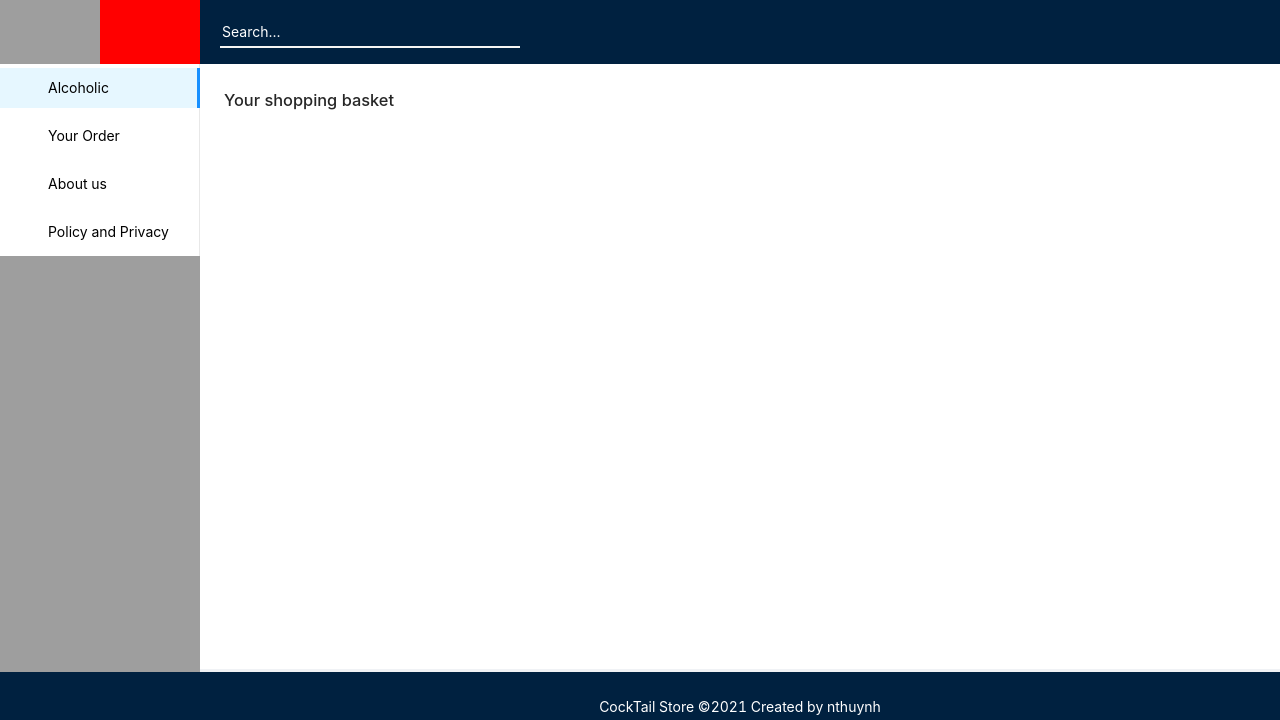
Repository: huynhnt1406/cocktail
Page: /yourorder
These files come from the project's save history. The page is drawn as it stood at one moment and after the next save; the edit follows.
The browser window is 1280 px wide. The pictures show the whole page.
Pictures or frames that could not be fetched are drawn as grey boxes. The project was rebuilt for these pictures with package versions that can differ from the ones it lists, and the page was loaded fresh each time. Also part of the build but not shown: src/components/CockTail.vue, src/components/DetailPage.vue, src/components/AboutUs.vue, src/components/PolicyandPrivacy.vue.

Above is the page before, as saved 2021-05-08 00:35:39.

### public/index.html
<!DOCTYPE html>
<html lang="">
  <head>
    <meta charset="utf-8">
    <meta http-equiv="X-UA-Compatible" content="IE=edge">
    <meta name="viewport" content="width=device-width,initial-scale=1.0">
    <link rel="icon" href="<%= BASE_URL %>favicon.ico">
    <title><%= htmlWebpackPlugin.options.title %></title>
    <link rel="preconnect" href="https://fonts.gstatic.com">
    <link href="https://fonts.googleapis.com/css2?family=Poppins:ital,wght@0,200;0,300;1,400&display=swap" rel="stylesheet">
    <link rel="stylesheet" href="https://cdnjs.cloudflare.com/ajax/libs/font-awesome/4.7.0/css/font-awesome.min.css">
  </head>
  <body>
    <noscript>
      <strong>We're sorry but <%= htmlWebpackPlugin.options.title %> doesn't work properly without JavaScript enabled. Please enable it to continue.</strong>
    </noscript>
    <div id="app"></div>
    <!-- built files will be auto injected -->
  </body>
</html>

### src/main.js
import Vue from 'vue'
import App from './App.vue'
import store from './store/index'
import router from './router/index'
import 'ant-design-vue/dist/antd.css';
import Antd from 'ant-design-vue';
Vue.config.productionTip = false
Vue.use(Antd);
new Vue({
  store,
  router,
  render: h => h(App),
}).$mount('#app')

### src/App.vue
<template>
  <a-layout id="components-layout-demo-side" theme="light"  style="min-height: 100vh">
    <a-layout-sider style="background-color:white" v-model="collapsed" collapsible :style="{  background: 'red'}" >
      <img style="height:64px ; width:50%" src="https://i.pinimg.com/originals/fd/3e/53/fd3e533305c578157dbaf393b76ac1ee.jpg" alt="">
      <a-menu theme="light" :default-selected-keys="['1']" mode="inline">
        <a-menu-item key="1">
          <a-icon type="menu" />
          <span><router-link class="link" to="/">Alcoholic</router-link></span>
        </a-menu-item>
        <a-menu-item key="2">
           <a-icon type="shopping-cart" />
          <span><router-link class="link"  to="/yourorder">Your Order</router-link></span>
        </a-menu-item>
           <a-menu-item key="3">
           <a-icon type="info-circle" />
          <span><router-link class="link"  to="/aboutus">About us</router-link></span>
        </a-menu-item>
           <a-menu-item key="4">
           <a-icon type="safety-certificate" />
          <span><router-link class="link"  to="/policyandprivacy">Policy and Privacy</router-link></span>
        </a-menu-item>
      </a-menu>
      <img style="height:62% ; width:100%" src="https://www.gobourbon.com/wp-content/uploads/2019/03/EFCCF7C6-0A6F-4658-83B6-877007B0A1AC-751x1024.jpeg" alt="">
    </a-layout-sider>
    <a-layout>
      <a-layout-header style="background: #fff; padding: 0" >
        <SearchBar/>
      </a-layout-header>
      <a-layout-content>
        <div class="cocktail-lists" :style="{ padding:'24px',  background: '#fff', minHeight: '360px' }">
          <router-view/>
        </div>
      </a-layout-content>
      <a-layout-footer class="footer" :style="{height: '5vh',color:'white' ,background: '#002140', textAlign:'center'}">
        CockTail Store ©2021 Created by nthuynh
      </a-layout-footer>
    </a-layout>
  </a-layout>
</template>
<script>
import SearchBar from './components/SearchBar'
export default {
  data() {
    return {
      collapsed: false,
    };
  },
  components:{
    SearchBar
  }
};
</script>

<style>
#components-layout-demo-side .logo {
  height: 32px;
  background: rgba(255, 255, 255, 0.2);
  margin: 16px;
}
#components-layout-demo-side{
  background-color: red;
}
.cocktail-lists{
  overflow-y: scroll;
  height:84vh;
}
.footer{
  background-color: #002140;
}
.link{
  color:black;
}
.link:focus{
  color:gray;
}
</style>

### src/store/index.js
import Vue from 'vue'
import Vuex from 'vuex'
import cocktail from './modules/cocktail'
Vue.use(Vuex)
export default new Vuex.Store({
    modules:{
        cocktail
    }
})

### src/router/index.js
import Vue from 'vue'
import VueRouter from 'vue-router'
import CockTail from '../components/CockTail'
import DetailPage from '../components/DetailPage'
import Order from '../components/Order'
import AboutUs  from '../components/AboutUs'
import PolicyandPrivacy from '../components/PolicyandPrivacy'
const routes = [
    {
        path:'/',
        name:'CockTail',
        component:CockTail
    },
    {
        path:'/detailpage/:id',
        name:'DetailPage',
        component:DetailPage,
        props:true
    },
    {
        path:'/yourorder',
        name:'Order',
        component:Order,
    },
    {
        path:'/aboutus',
        name:'AboutUs',
        component:AboutUs,
    },
    {
        path:'/policyandprivacy',
        name:'PolicyandPrivacy',
        component:PolicyandPrivacy,
    },
]
Vue.use(VueRouter)

export default new VueRouter({
    routes,
    mode:'history'
})

### src/components/SearchBar.vue
<template>
  <div class="searchbar">
    <div class="search-tool">
        <input type="text" placeholder="Search..." >
    </div>
  </div>
</template>

<script>
export default {
}
</script>

<style>
.searchbar{
    display: flex;
    justify-content: space-between;
    align-items: center;
    padding-left:10px;
    padding-right: 10px;
    background-color: #002140;
}
.search-tool input{
    height: 30px;
    width: 300px;
    background-color: transparent;
    border-left:none;
    border-right: none;
    border-top:none;
    border-bottom: 2px solid #f5f5f3;
    margin-left: 10px;
    outline: none;
    color:white;
}
::placeholder{
  color:white;
}
.search-tool input:focus{
    border-bottom: 2px solid green;
}
</style>

### src/store/modules/cocktail.js
import axios from 'axios'

const state = {
    cocktailLists: [],
    cart:[]
}
const getters = {
    allCocktails : state => state.cocktailLists,
    allItems : state => state.cart
}
const actions = {
    async fetchCocktail({commit}){
        const res = await axios.get(`https://www.thecocktaildb.com/api/json/v1/1/search.php?f=a`)
        commit('getCocktail', res.data.drinks)
        console.log(res.data.drinks)
    },
    addProductToCart({commit}, {product, quantity}){
        commit('ADD_TO_CART', {product,quantity})
    },
    deleteItem({commit}, index) {
        commit('removeItem', index)
    }
}

const mutations = {
    getCocktail : (state, cocktailLists) => state.cocktailLists = cocktailLists,
    ADD_TO_CART : (state, {product,quantity}) => {
        state.cart.push({
            product,
            quantity
        })
    },
    removeItem: (state, index) => state.cart.filter(item => item.index !== index)
}

export default {
    state,getters,actions,mutations
}

### src/components/Order.vue
<template>
  <div class="order-page">
    <div class="order-header">
      <h3>Your shopping basket</h3>
      <a-badge :count="cardItems.length">
        <a-icon type="shopping-cart" :style="{fontSize:'30px'}" />
      </a-badge>
    </div>
    <div v-for="(item, index) in cardItems" :key="index" class="order-header">
      <div class="item">
          <div class="item-img">
            <img :src="item.product[0].strDrinkThumb" :alt="item.product[0].idDrink">
              <div class="item-info">
                <h3>Type : {{item.product[0].strAlcoholic}}</h3>
                <h3>Drink : {{item.product[0].strDrink}}</h3>
                <h3>Glass : {{item.product[0].strGlass}}</h3>
              </div>
          </div>
          <div class="item-actions">
            <a-button @click="deleteITEM(index)" class="m-2"   type="danger" >
              Remove
            </a-button>
          </div>
      </div>
    </div>
  </div>
</template>

<script>
import { mapActions, mapGetters } from 'vuex'
export default {
  name:'Order',
  computed : mapGetters(["allItems"]),

  data(){
    return{
      cardItems:[]
    }
  },
  created(){
    this.cardItems = this.allItems
    console.log(this.cardItems)
  },
  methods:{
    ...mapActions(["deleleItem"]),
    deleteITEM(index){
      if(index){
        this.deleteItem(index);
        console.log('deleted')
      }
    },
  },
}
</script>

<style>
.item-img img{
  height: 100px;
  width:100px;
  margin:10px;
}
.item{
  display: flex;
  flex:1;
  justify-content: space-between;
  align-items: center;
}
.item-img{
  display: flex;
  justify-content: center;
  align-items: center;
}
.order-header{
  display: flex;
  justify-content: space-between;
  align-items: center;
}
</style>

After the next save:
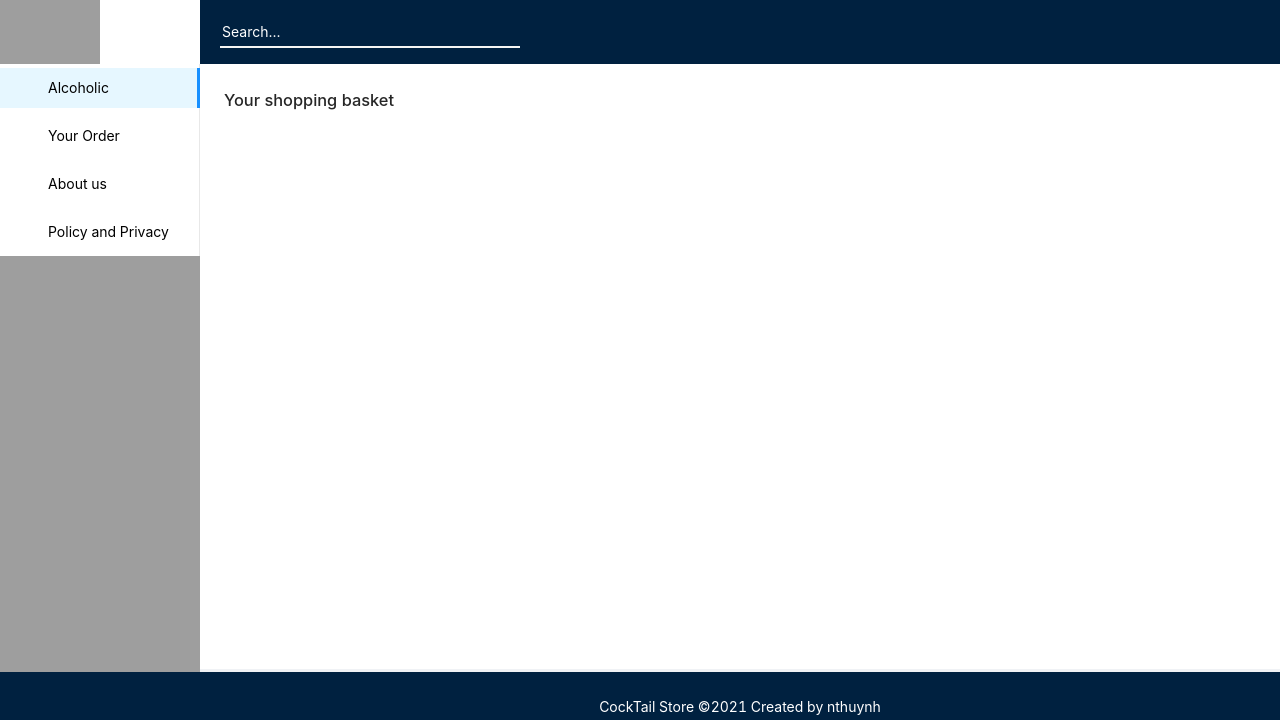
Saved 28 s later.
--- a/src/App.vue
+++ b/src/App.vue
@@ -1,6 +1,6 @@
 <template>
   <a-layout id="components-layout-demo-side" theme="light"  style="min-height: 100vh">
-    <a-layout-sider style="background-color:white" v-model="collapsed" collapsible :style="{  background: 'red'}" >
+    <a-layout-sider style="background-color:white" v-model="collapsed" collapsible >
       <img style="height:64px ; width:50%" src="https://i.pinimg.com/originals/fd/3e/53/fd3e533305c578157dbaf393b76ac1ee.jpg" alt="">
       <a-menu theme="light" :default-selected-keys="['1']" mode="inline">
         <a-menu-item key="1">
